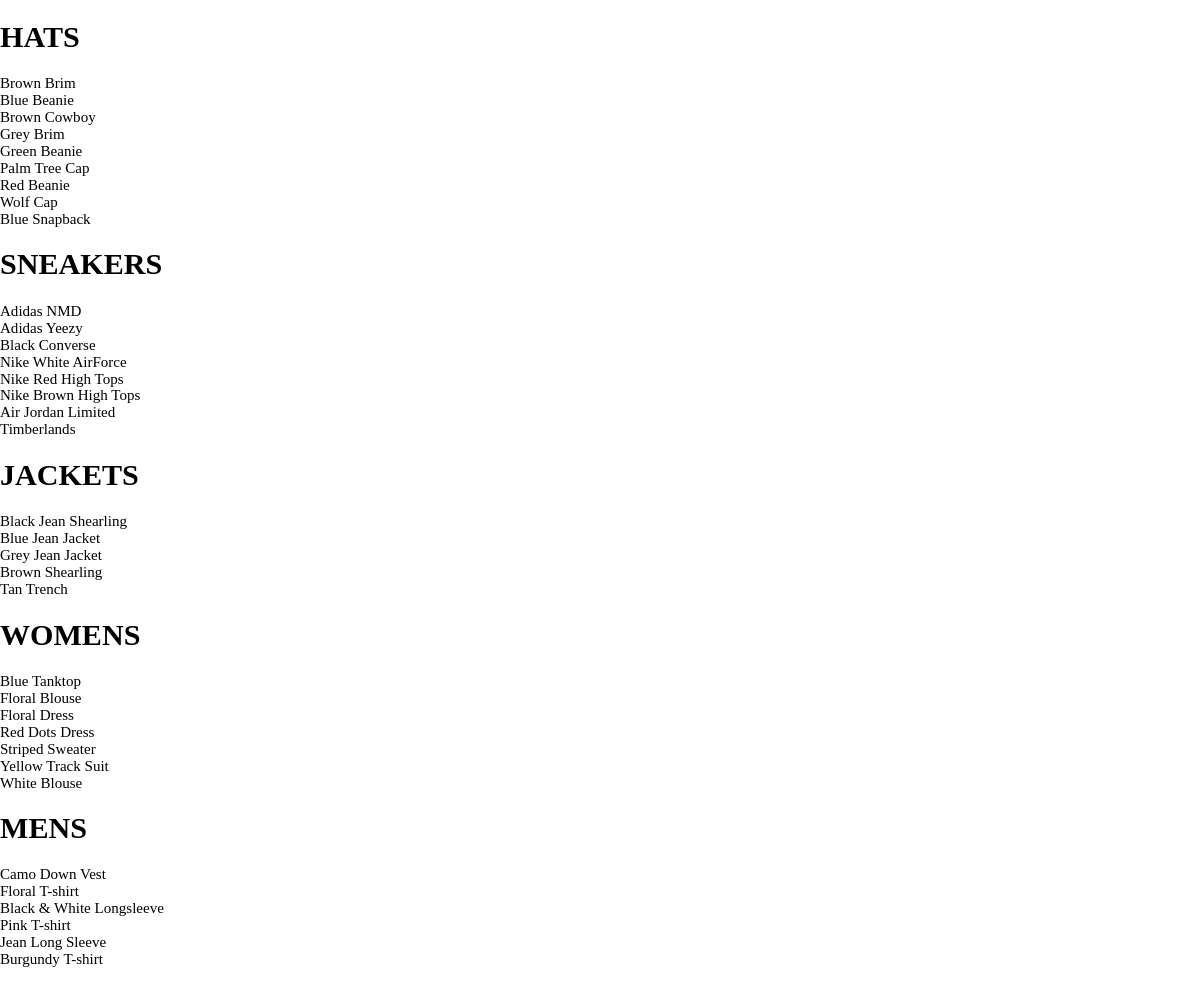
Repository: Farazzaidi22/Crwn-Clothing
Page: /shop
An editor plug-in stored every save of this project. The page is shown before and after a run of saves, followed by the edit.
The browser window is 1280 px wide. The pictures show the whole page, at 94% of full size.
Some web fonts or font styles are not loaded; a fallback is used. The project was rebuilt for these pictures with package versions that can differ from the ones it lists, and the page was loaded fresh each time. A package was used in the major version that the imports need, not the one package.json lists. Also part of the build but not shown: src/components/menu-item/menu-item.styles.scss, src/components/menu-item/menu-item.component.jsx, src/components/directory/directory.styles.scss, src/components/directory/directory.component.jsx, src/pages/homepage/homepage.styles.scss, src/pages/homepage/homepage.component.jsx, src/components/collection-preview/collection-preview.styles.scss.

Above is the page before, as saved 2021-12-10 04:24:37.

After the next 8 saves:
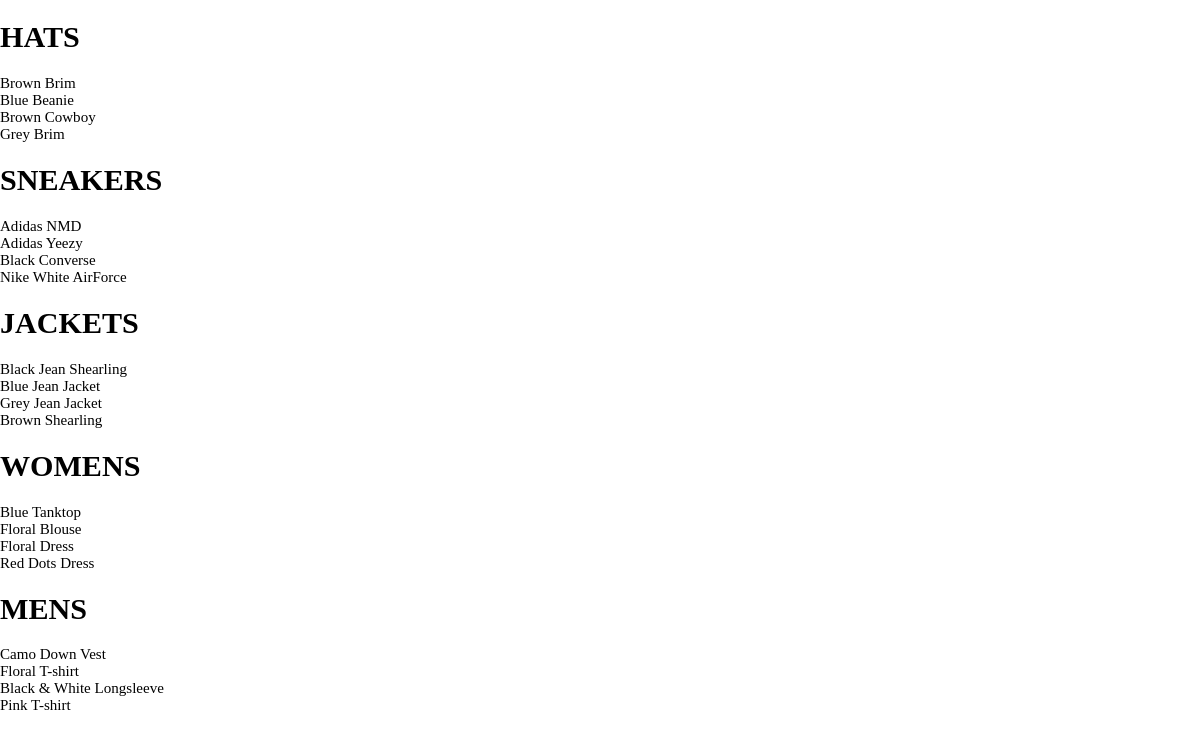
The 8 saves are shown as one change because 4 did not build or start and some came seconds apart.
The last was saved 48 s later.
--- a/src/components/collection-preview/collection-preview.component.jsx
+++ b/src/components/collection-preview/collection-preview.component.jsx
@@ -6,7 +6,7 @@
 
         <h1 className='title'>{ title.toUpperCase() }</h1>
         <div className='preview'>
-            { items.map( item => (
+            { items.filter((item, idx) => idx < 4).map( item => (
                 <div key={ item.id }>{item.name}</div>
             ))}
         </div>
